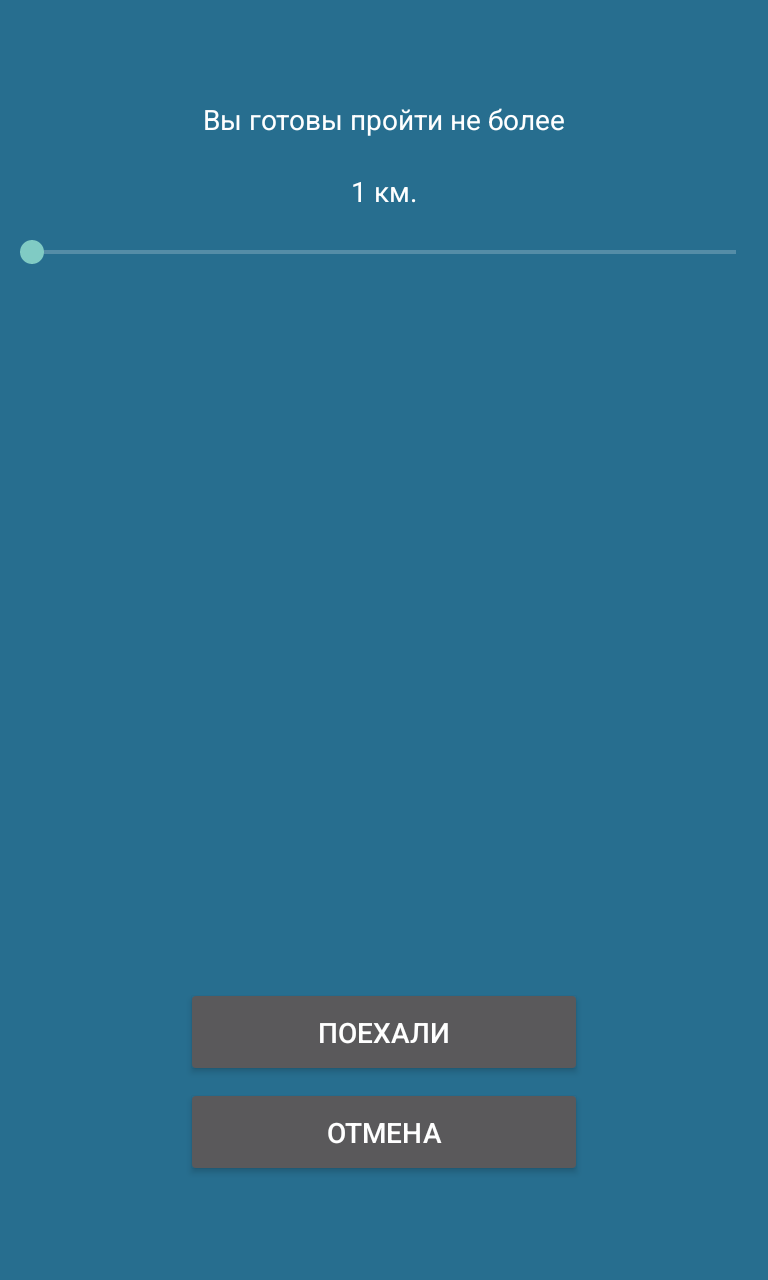
Repository: spacesoldier/MileSharing_old
Layout: MileSharing/res/layout/fragment_pdcontent.xml
An editor plug-in stored every save of this project. The layout is shown before and after the next save, followed by the edit.
It is drawn on a 768 x 1280 px phone screen (xhdpi) without system bars, with theme Theme.AppCompat; the app's code is not run.

Above is the layout before, as saved 2014-05-19 18:18:59.

### MileSharing/res/layout/fragment_pdcontent.xml
<?xml version="1.0" encoding="utf-8"?>
<RelativeLayout xmlns:android="http://schemas.android.com/apk/res/android"
    android:id="@+id/LayoutTabPassDrive"
    android:layout_width="match_parent"
    android:layout_height="400dp"
    android:layout_alignParentBottom="true"
    android:background="@color/blue_notsotransparent"
    android:orientation="vertical" >

    <Button
        android:id="@+id/buttonGo"
        style="?android:attr/buttonStyleSmall"
        android:layout_width="200dp"
        android:layout_height="wrap_content"
        android:layout_alignParentBottom="true"
        android:layout_centerHorizontal="true"
        android:layout_marginBottom="100dp"
        android:text="Поехали" />

    <Button
        android:id="@+id/buttonCancel"
        style="?android:attr/buttonStyleSmall"
        android:layout_width="200dp"
        android:layout_height="wrap_content"
        android:layout_alignParentBottom="true"
        android:layout_centerHorizontal="true"
        android:layout_marginBottom="50dp"
        android:text="Отмена" />

    <SeekBar
        android:id="@+id/seekBar1"
        android:layout_width="match_parent"
        android:layout_height="wrap_content"
        android:layout_alignParentLeft="true"
        android:layout_below="@+id/textView1"
        android:layout_marginTop="48dp" />

    <TextView
        android:id="@+id/textView1"
        android:layout_width="wrap_content"
        android:layout_height="wrap_content"
        android:layout_alignParentTop="true"
        android:layout_centerHorizontal="true"
        android:layout_marginTop="86dp"
        android:text="1 км."
        android:textColor="@color/white_text_color" />

     <TextView
         android:id="@+id/textView1"
         android:layout_width="wrap_content"
         android:layout_height="wrap_content"
         android:layout_alignParentTop="true"
         android:layout_centerHorizontal="true"
         android:layout_marginTop="50dp"
         android:text="Вы готовы пройти не более"
         android:textColor="@color/white_text_color" />

</RelativeLayout>

### MileSharing/res/values/colors.xml
<resources>

    <color name="black_overlay">#66000000</color>
    <color name="blue_transparent">#001eabed</color>
    <color name="blue_notsotransparent">#801eabed</color>
    <color name="white_text_color">#FFFFFF</color>
</resources>

After the next save:
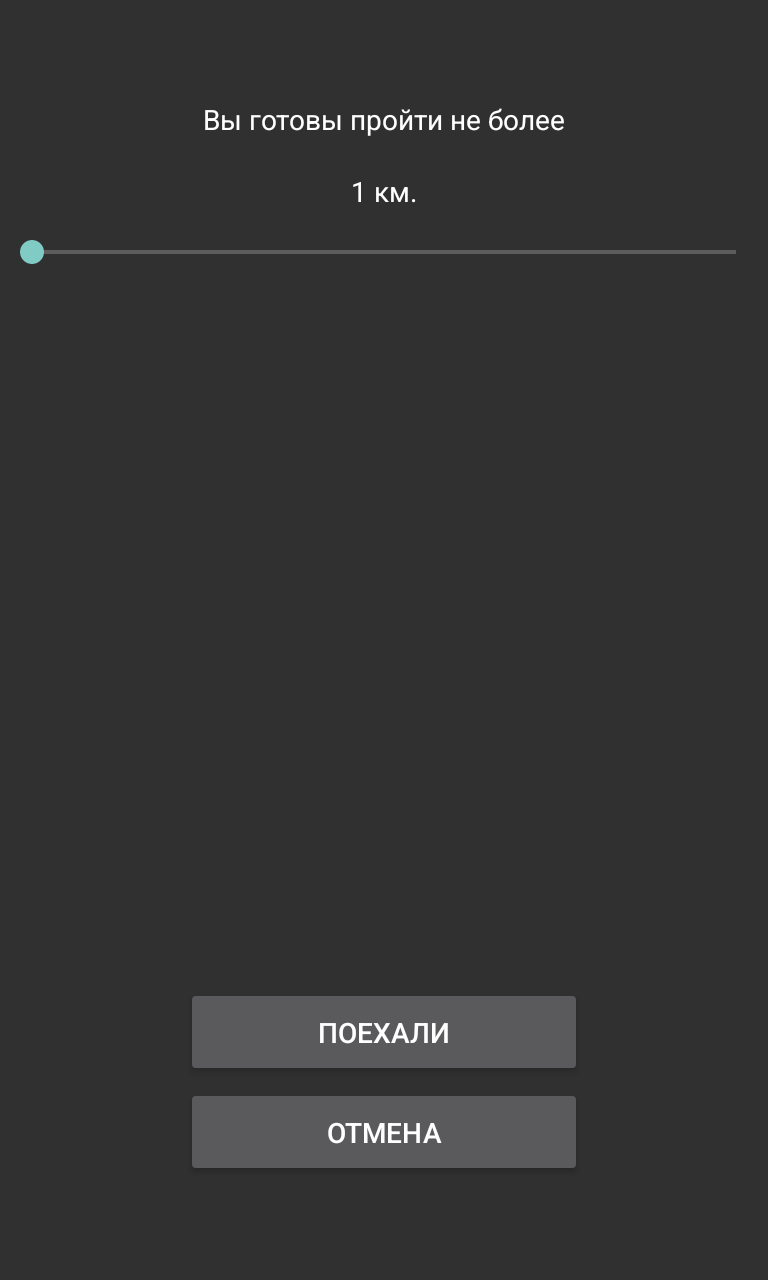
Saved 80 s later.
--- a/MileSharing/res/values/colors.xml
+++ b/MileSharing/res/values/colors.xml
@@ -1,7 +1,7 @@
 <resources>
 
     <color name="black_overlay">#66000000</color>
-    <color name="blue_transparent">#001eabed</color>
-    <color name="blue_notsotransparent">#801eabed</color>
+    <color name="blue_transparent">#161eabed</color> <!--  цвет более прозрачный -->
+    <color name="blue_notsotransparent">#1281eabed</color>
     <color name="white_text_color">#FFFFFF</color>
 </resources>
